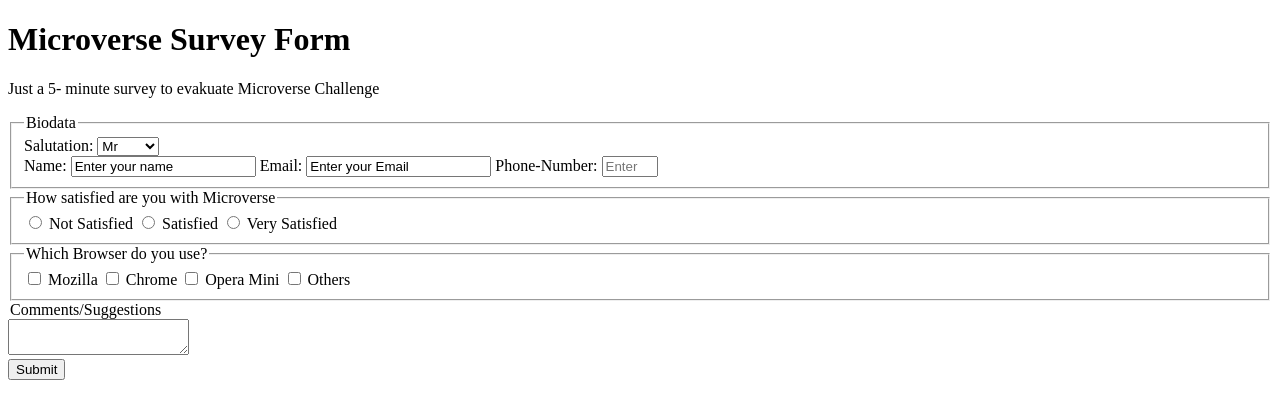
Repository: ahmedmeshref/Microverse-project
Page: index.html
The author's editor kept a copy of each file at every save. The page is drawn from the files as they stood at one save, then again after the next save.
The browser window is 1280 px wide. The pictures show the whole page.

Above is the page before, as saved 2019-03-29 15:18:56.

After the next save:
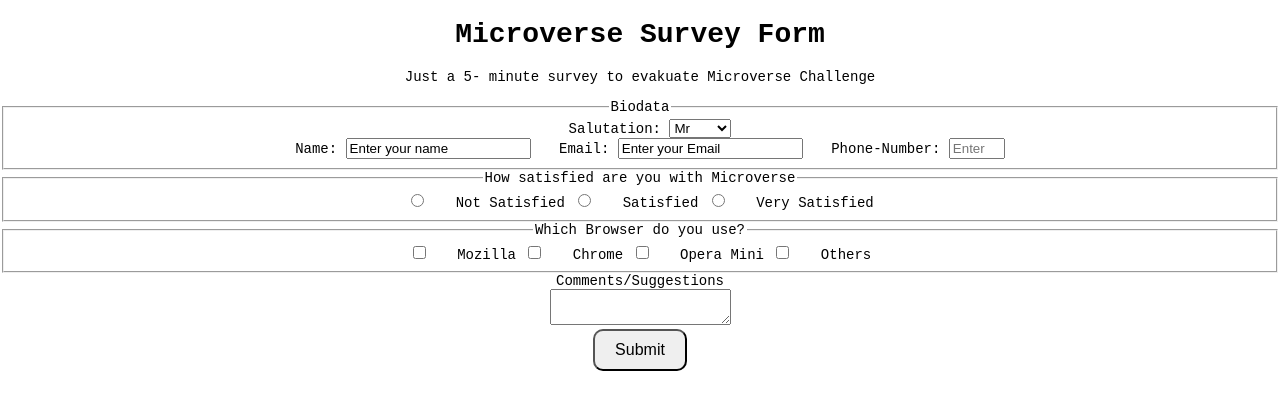
Saved 31 s later.
--- a/index.html
+++ b/index.html
@@ -4,6 +4,7 @@
 <head>
  <meta charset="utf-8">
  <meta http-equiv="X-UA-Compatible" content="IE=edge">
+ <link rel="stylesheet" href="./css/style.css" >
 <title>Survey Form</title>
 </head>
 <body>
